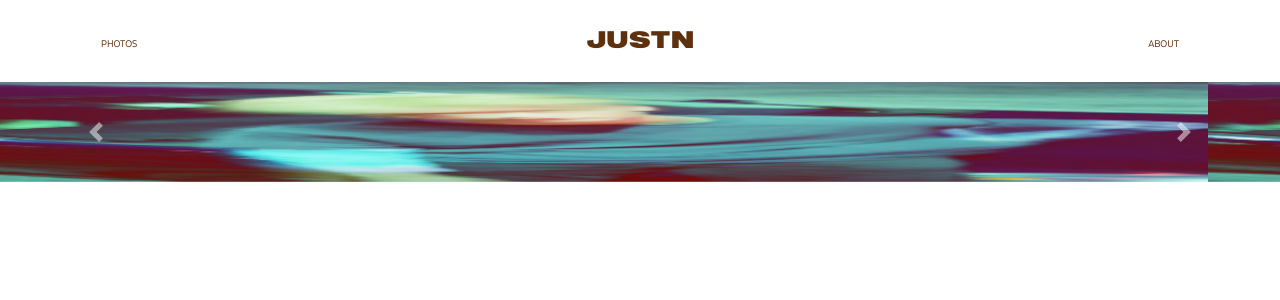
Repository: AviMKabir/justn_2020
Page: index.html
An editor plug-in stored every save of this project. The page is shown before and after the next save, followed by the edit.
The browser window is 1280 px wide. The pictures show the whole page.

Above is the page before, as saved 2020-11-21 17:10:57.

### index.html
<!DOCTYPE html>
<html lang="en">

<head>
    <meta charset="UTF-8">
    <meta name="viewport" content="width=device-width, initial-scale=1.0">
    <link rel="stylesheet" href="https://cdn.jsdelivr.net/npm/bootstrap@4.5.3/dist/css/bootstrap.min.css"
        integrity="sha384-TX8t27EcRE3e/ihU7zmQxVncDAy5uIKz4rEkgIXeMed4M0jlfIDPvg6uqKI2xXr2" crossorigin="anonymous">

    <link rel="stylesheet" href="./CSS/style.css">
    <title>JUSTN</title>
</head>



<body>

    <div class="container">

        <nav class="navbar navbar-expand-md navbar-light hide-for-mobile">
            <div class="navbar-collapse collapse w-100 order-1 order-md-0 dual-collapse2">
                <ul class="navbar-nav mr-auto">
                    <li class="nav-item">
                        <a class="nav-link-new" href="#" role="button" id="dropdownMenuLink" data-toggle="dropdown"
                            aria-haspopup="true" aria-expanded="false">
                            PHOTOS
                        </a>

                        <div class="dropdown-menu" aria-labelledby="dropdownMenuLink">
                            <a class="dropdown-item" href="#">- NEW YORK</a>
                            <a class="dropdown-item" href="#">- CALIFORNIA</a>
                            <a class="dropdown-item" href="#">- FLORIDA</a>
                        </div>
                    </li>

                </ul>
            </div>
            <div class="mx-auto order-0 nav-pad">
                <a class="navbar-brand-new mx-auto" href="#">JUSTN</a>
                <button class="navbar-toggler" type="button" data-toggle="collapse" data-target=".dual-collapse2">
                    <span class="navbar-toggler-icon"></span>
                </button>
            </div>
            <div class="navbar-collapse collapse w-100 order-3 dual-collapse2">
                <ul class="navbar-nav ml-auto">
                    <li class="nav-item">
                        <a class="nav-link-new" href="#">ABOUT</a>
                    </li>

                </ul>
            </div>
        </nav>

    </div>


    <!-- mobile nav -->
    <nav class="navbar navbar-expand-md navbar-light show-for-mobile">
        <a class="navbar-brand-new " href="#">JUSTN</a>
        <button class="navbar-toggler" type="button" data-toggle="collapse" data-target="#navbarNavDropdown"
            aria-controls="navbarNavDropdown" aria-expanded="false" aria-label="Toggle navigation">
            <span class="navbar-toggler-icon"></span>
        </button>
        <div class="collapse navbar-collapse center-page" id="navbarNavDropdown">
            <ul class="navbar-nav">


                <li class="nav-item dropdown mx-auto ">
                    <a class="nav-link-new-active" href="#" role="button" id="dropdownMenuLink" data-toggle="dropdown" aria-haspopup="true"
                        aria-expanded="false">
                        PHOTOS
                    </a>
                    <!-- <div class="dropdown-menu mx-auto" aria-labelledby="dropdownMenuLink">
                        <a class="dropdown-item mx-auto" href="#">- NEW YORK</a>
                        <a class="dropdown-item mx-auto" href="#">- CALIFORNIA</a>
                        <a class="dropdown-item mx-auto" href="#">- FLORIDA</a>
                    </div> -->
                </li>
                <li class="nav-item mx-auto">
                    <a class="nav-link-new" href="#">- NEW YORK</a>
                </li>
                <li class="nav-item mx-auto">
                    <a class="nav-link-new" href="#">- CALIFORNIA</a>
                </li>
                <li class="nav-item mx-auto">
                    <a class="nav-link-new" href="#">- FLORIDA</a>
                </li>
                <li class="nav-item mx-auto">
                    <a class="nav-link-new" href="#">ABOUT</a>
                </li>
            </ul>
        </div>
    </nav>
    <!-- mobile nav -->

<!-- slideshow -->

<div id="carouselExampleControls" class="carousel slide" data-ride="carousel">
    <div class="carousel-inner">
        <div class="carousel-item active">
            <img class="d-block w-100" src="./img/slide-test-1.png" alt="First slide">
        </div>
        <div class="carousel-item">
            <img class="d-block w-100" src="./img/slide-test-1.png" alt="Second slide">
        </div>
        <div class="carousel-item">
            <img class="d-block w-100" src="./img/slide-test-1.png" alt="Third slide">
        </div>
    </div>
    <a class="carousel-control-prev" href="#carouselExampleControls" role="button" data-slide="prev">
        <span class="carousel-control-prev-icon" aria-hidden="true"></span>
        <span class="sr-only">Previous</span>
    </a>
    <a class="carousel-control-next" href="#carouselExampleControls" role="button" data-slide="next">
        <span class="carousel-control-next-icon" aria-hidden="true"></span>
        <span class="sr-only">Next</span>
    </a>
</div>


    <script src="https://code.jquery.com/jquery-3.5.1.slim.min.js"
        integrity="sha384-DfXdz2htPH0lsSSs5nCTpuj/zy4C+OGpamoFVy38MVBnE+IbbVYUew+OrCXaRkfj"
        crossorigin="anonymous"></script>
    <script src="https://cdn.jsdelivr.net/npm/bootstrap@4.5.3/dist/js/bootstrap.bundle.min.js"
        integrity="sha384-ho+j7jyWK8fNQe+A12Hb8AhRq26LrZ/JpcUGGOn+Y7RsweNrtN/tE3MoK7ZeZDyx"
        crossorigin="anonymous"></script>
</body>

</html>

### CSS/style.css
@font-face {
    font-family: annonce;
    src: url(../fonts/annonce_w01_regular-webfont.woff);
}

@font-face {
    font-family: textanArrow;
    src: url(../fonts/textanarrow-regular-webfont.woff);
}

@font-face {
    font-family: textanArrowIt;
    src: url(../fonts/textanarrow-it-webfont.woff);
}

a {
    -o-transition: .5s;
    -ms-transition: .5s;
    -moz-transition: .5s;
    -webkit-transition: .5s;
    /* ...and now for the proper property */
    transition: .5s;
}

a:hover {
    color: #014421;
    text-decoration: none;
}

img {
    height: 100px;
}

.navbar-brand-new {
    font-family: 'annonce', Arial, Helvetica, sans-serif;
    font-size: 1.5rem;
    color: #5E300E;
}

.nav-link-new {
    font-family: 'textanArrow', Arial, Helvetica, sans-serif;
    font-size: .7rem;
    color: #5E300E;
}

.nav-link-new-2 {
    font-family: 'textanArrow', Arial, Helvetica, sans-serif;
    font-size: 1rem;
    color: #5E300E;
}

.dropdown-menu {
    position: absolute;
    top: 100%;
    left: 0;
    z-index: 1000;
    display: none;
    float: left;
    min-width: 10rem;
    padding: .5rem 0;
    margin: .125rem 0 0;
    font-size: 1rem;
    color: #212529;
    text-align: left;
    list-style: none;
    background-color: #fff;
    background-clip: padding-box;
    border: none !important;
    border-radius: .25rem;
}

.dropdown-menu.show {
    display: block;
    margin-top: -30px;
}

.dropdown-item {
    font-family: 'textanArrowIt', Arial, Helvetica, sans-serif;
    font-size: .7rem;
    color: #5E300E;
}

.dropdown-item:focus, .dropdown-item:hover {
    color: #014421 !important;
    background: none !important;
}

.nav-pad {
    padding: 15px 0;
}

.center-page {
    margin-top: 30%;
}

.navbar-light .navbar-toggler {
    color: #5E300E !important;
    border: none !important;
}



@media (min-width: 576px) {}

@media (max-width: 768px) {
    /* hides the desktop nav */
    .hide-for-mobile {
        display: none;
    }
    .dropdown-item {
        font-family: 'textanArrowIt', Arial, Helvetica, sans-serif;
        font-size: 1rem;
        color: #5E300E;
    }
    .dropdown-menu.show {
        display: block;
        margin-top: -10px;
    }
    .nav-link-new {
        font-family: 'textanArrow', Arial, Helvetica, sans-serif;
        font-size: 1rem;
        color: #5E300E;
    }
    .nav-link-new-active {
        font-family: 'textanArrow', Arial, Helvetica, sans-serif;
        font-size: 1rem;
        color: #014421;
    }
}

@media (min-width: 768px) {
    /* hides the desktop nav */
    .show-for-mobile {
        display: none;
    }
}

@media (min-width: 992px) {}

@media (min-width: 1200px) {}

After the next save:
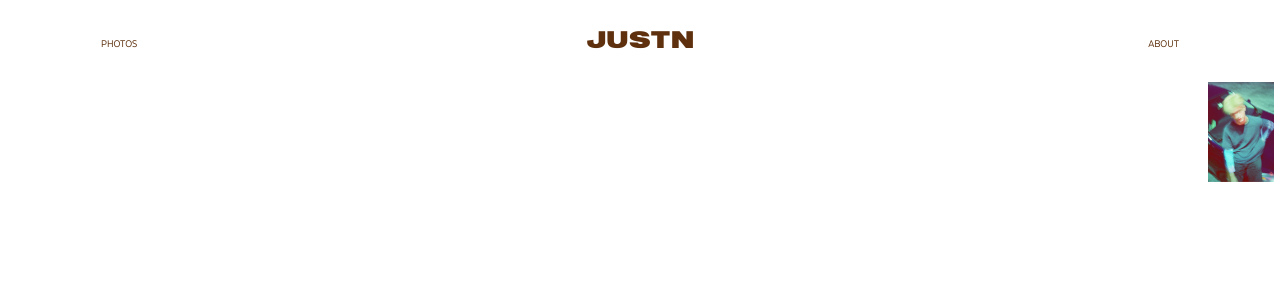
Saved 27 s later.
--- a/index.html
+++ b/index.html
@@ -98,13 +98,13 @@
 <div id="carouselExampleControls" class="carousel slide" data-ride="carousel">
     <div class="carousel-inner">
         <div class="carousel-item active">
-            <img class="d-block w-100" src="./img/slide-test-1.png" alt="First slide">
+            <img class="d-block " src="./img/slide-test-1.png" alt="First slide">
         </div>
         <div class="carousel-item">
-            <img class="d-block w-100" src="./img/slide-test-1.png" alt="Second slide">
+            <img class="d-block " src="./img/slide-test-1.png" alt="Second slide">
         </div>
         <div class="carousel-item">
-            <img class="d-block w-100" src="./img/slide-test-1.png" alt="Third slide">
+            <img class="d-block " src="./img/slide-test-1.png" alt="Third slide">
         </div>
     </div>
     <a class="carousel-control-prev" href="#carouselExampleControls" role="button" data-slide="prev">

After the save that followed:
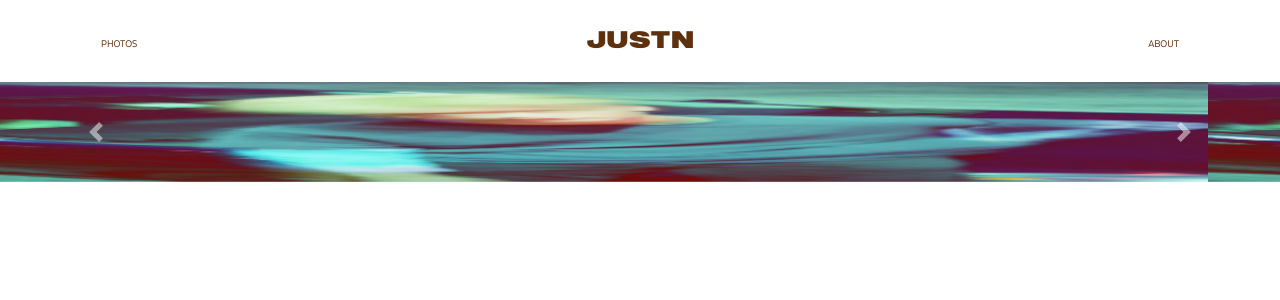
Saved 32 s later.
--- a/index.html
+++ b/index.html
@@ -98,13 +98,13 @@
 <div id="carouselExampleControls" class="carousel slide" data-ride="carousel">
     <div class="carousel-inner">
         <div class="carousel-item active">
-            <img class="d-block " src="./img/slide-test-1.png" alt="First slide">
+            <img class="d-block w-100" src="./img/slide-test-1.png" alt="First slide">
         </div>
         <div class="carousel-item">
-            <img class="d-block " src="./img/slide-test-1.png" alt="Second slide">
+            <img class="d-block w-100" src="./img/slide-test-1.png" alt="Second slide">
         </div>
         <div class="carousel-item">
-            <img class="d-block " src="./img/slide-test-1.png" alt="Third slide">
+            <img class="d-block w-100" src="./img/slide-test-1.png" alt="Third slide">
         </div>
     </div>
     <a class="carousel-control-prev" href="#carouselExampleControls" role="button" data-slide="prev">
